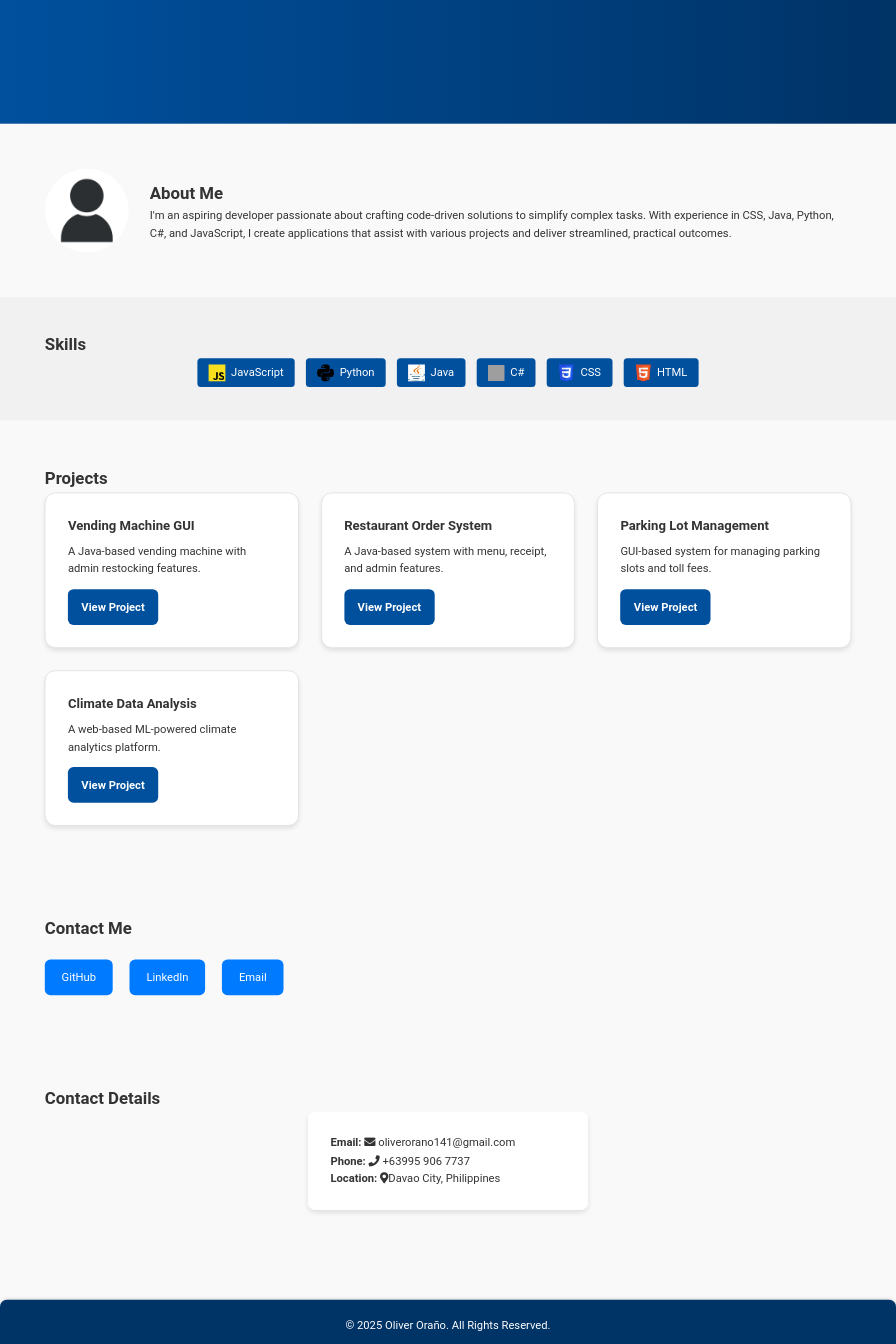
Repository: nightmar3fuel/portfolio.html
Page: my.html
An editor plug-in stored every save of this project. The page is shown before and after the next save, followed by the edit.
The browser window is 1280 px wide. The pictures show the part of the page from y = 654 to 2574 px (the page is 2585 px tall before and 2662 px after), at 70% of full size.
Pictures or frames that could not be fetched are drawn as grey boxes.

Above is the page before, as saved 2025-02-06 15:22:01.

After the next save:
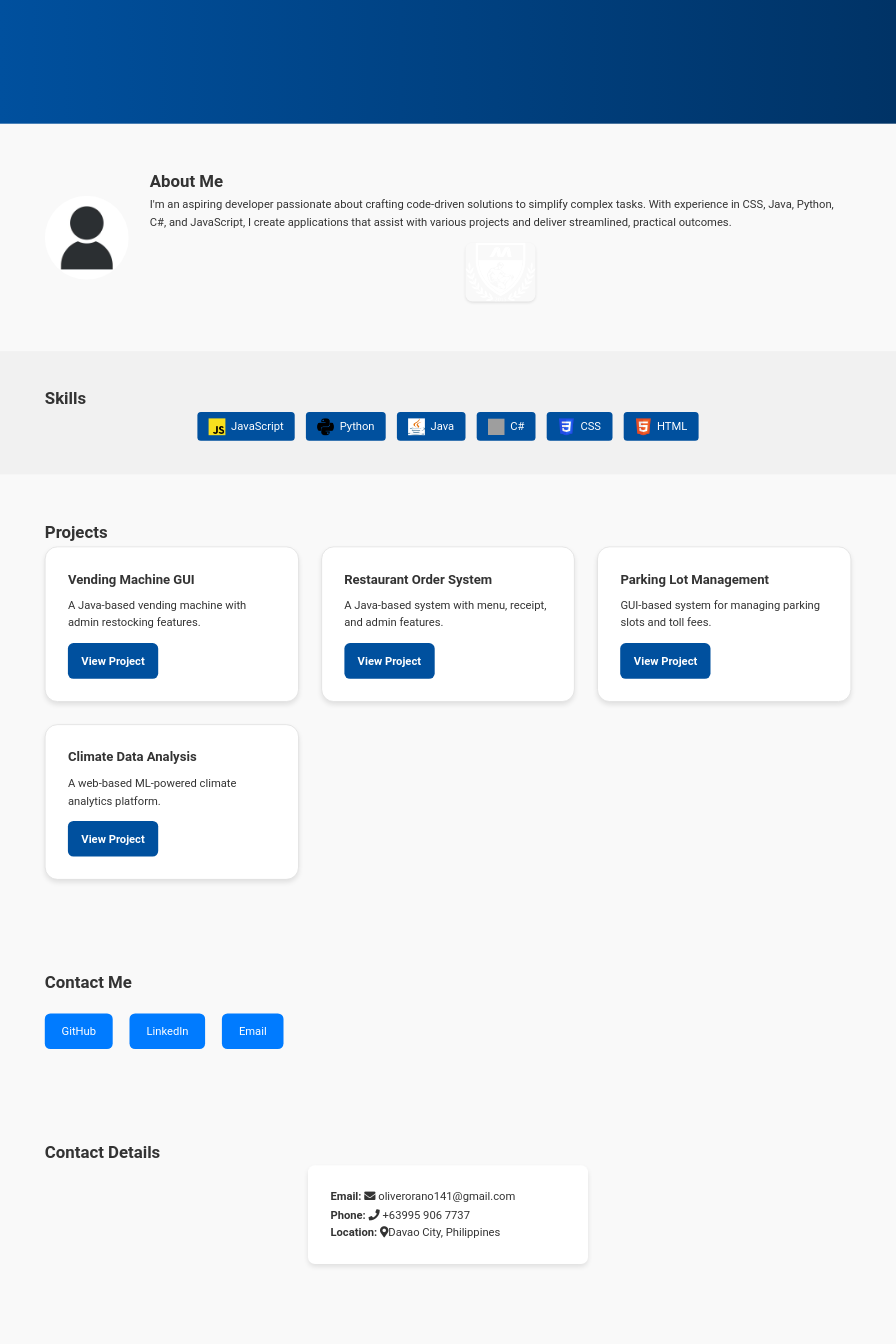
Saved 7 min 45 s later.
--- a/my.html
+++ b/my.html
@@ -39,6 +39,9 @@
                     <h2>About Me</h2>
                     <p>I'm an aspiring developer passionate about crafting code-driven solutions to simplify complex tasks. With experience in CSS, Java, Python, C#, and JavaScript, I create applications that assist with various projects and deliver streamlined,
                         practical outcomes.</p>
+                    <div class="school-logo-container">
+                        <img src="logo.png" alt="School Logo" class="school-logo">
+                    </div>
                 </div>
             </div>
         </section>
--- a/styles.css
+++ b/styles.css
@@ -124,7 +124,7 @@ section {
     background: white;
     padding: 2rem;
     border: 1px solid #ddd;
-    border-radius: 15px;
+    border-radius: 18px;
     /* Rounded corners */
     box-shadow: 0 4px 8px rgba(0, 0, 0, 0.1);
     transition: transform 0.3s, box-shadow 0.3s;
@@ -291,3 +291,21 @@ footer {
     transform: scale(1.02);
     /* Slightly scale on hover */
 }
+
+.school-logo-container {
+    margin-top: 1rem;
+    /* Space above the logo */
+    text-align: center;
+    /* Center the logo */
+}
+
+.school-logo {
+    width: 100px;
+    /* Set a fixed width for the logo */
+    height: auto;
+    /* Maintain aspect ratio */
+    border-radius: 10px;
+    /* Optional: rounded corners */
+    box-shadow: 0 2px 4px rgba(0, 0, 0, 0.1);
+    /* Optional: shadow for depth */
+}
